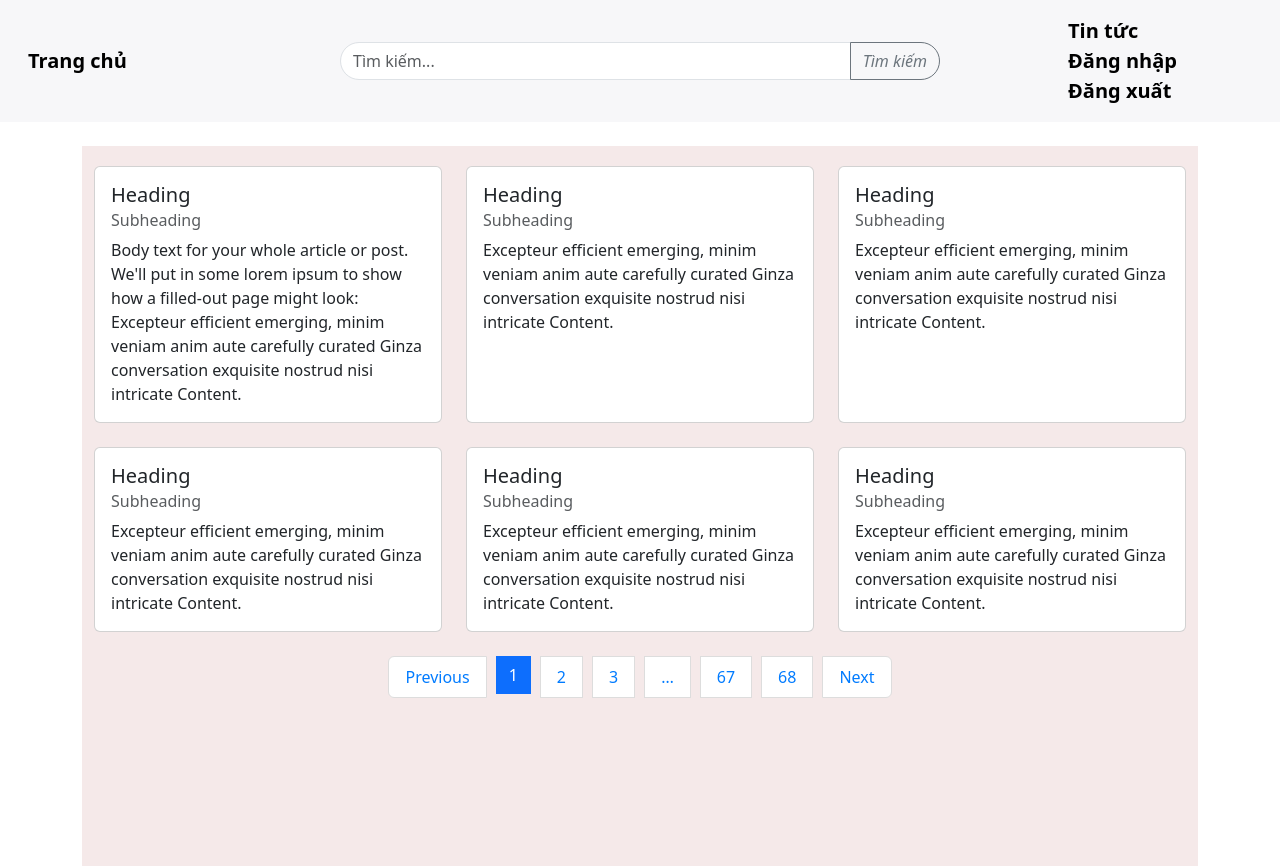
Repository: Minh23122003/qlDuAnPhanMem
Page: /news (app in frontend/)
An editor plug-in stored every save of this project. The page is shown before and after the next save, followed by the edit.
The browser window is 1280 px wide. The pictures show the whole page.
The project was rebuilt for these pictures with package versions that can differ from the ones it lists, and the page was loaded fresh each time. Also part of the build but not shown: frontend/src/components/Home.js, frontend/src/service/WebSocketService.js, frontend/src/components/Notifications.js, frontend/src/layout/Footer.js, frontend/src/configs/Apis.js, frontend/src/components/Relativeparkcard.js, frontend/src/components/Receipt/ReceiptList.css, frontend/src/components/merchandisecabinet.js and 13 more.

Above is the page before, as saved 2024-09-06 17:19:53.

After the next save:
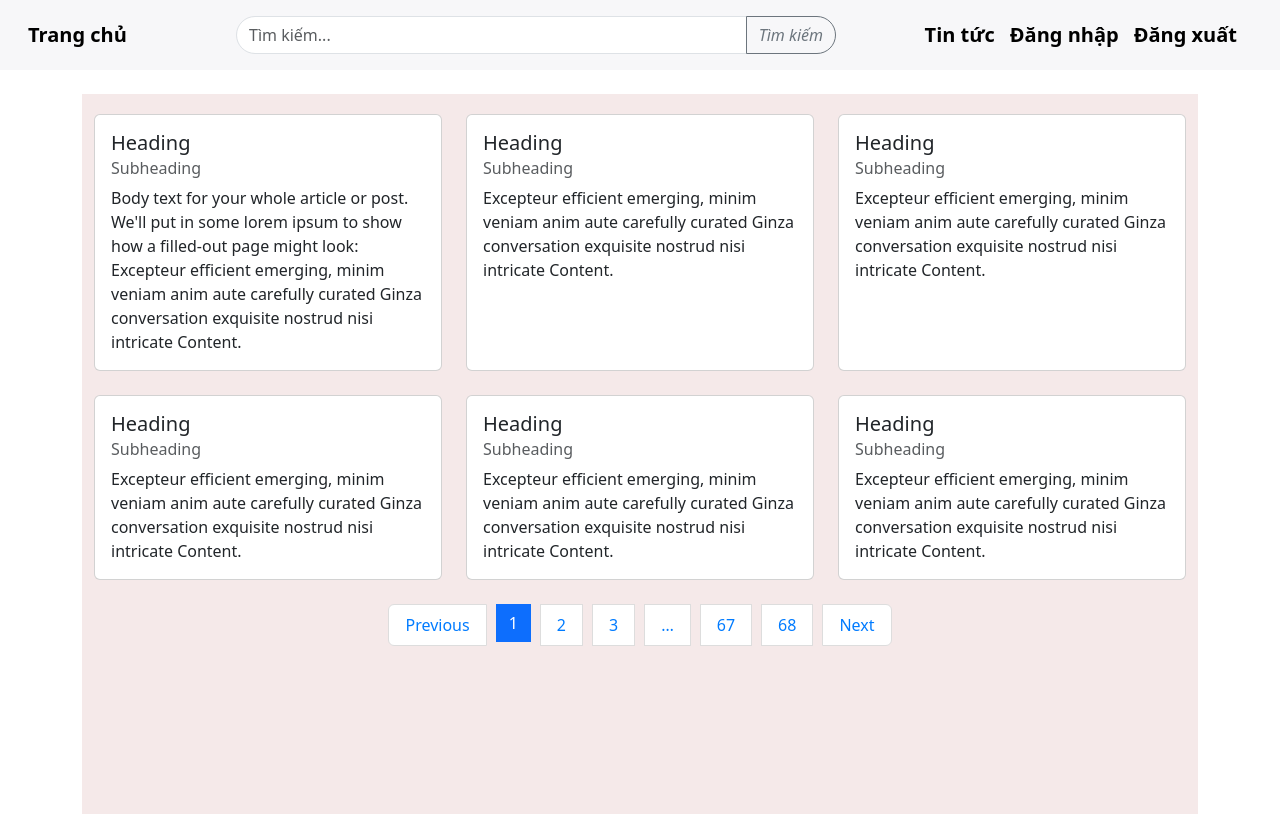
Saved 11 s later.
--- a/frontend/src/layout/Header.js
+++ b/frontend/src/layout/Header.js
@@ -41,7 +41,7 @@ const Header = () => {
                     </Col>
 
                     {/* Right Section: Links like Tin tức, Đăng nhập, Đăng xuất */}
-                    <Col xs={2}>
+                    <Col xs={4}>
                         <div className="d-flex justify-content-end">
                             <Nav>
                                 <StyledNavLink to="/news" className="mb-0">
